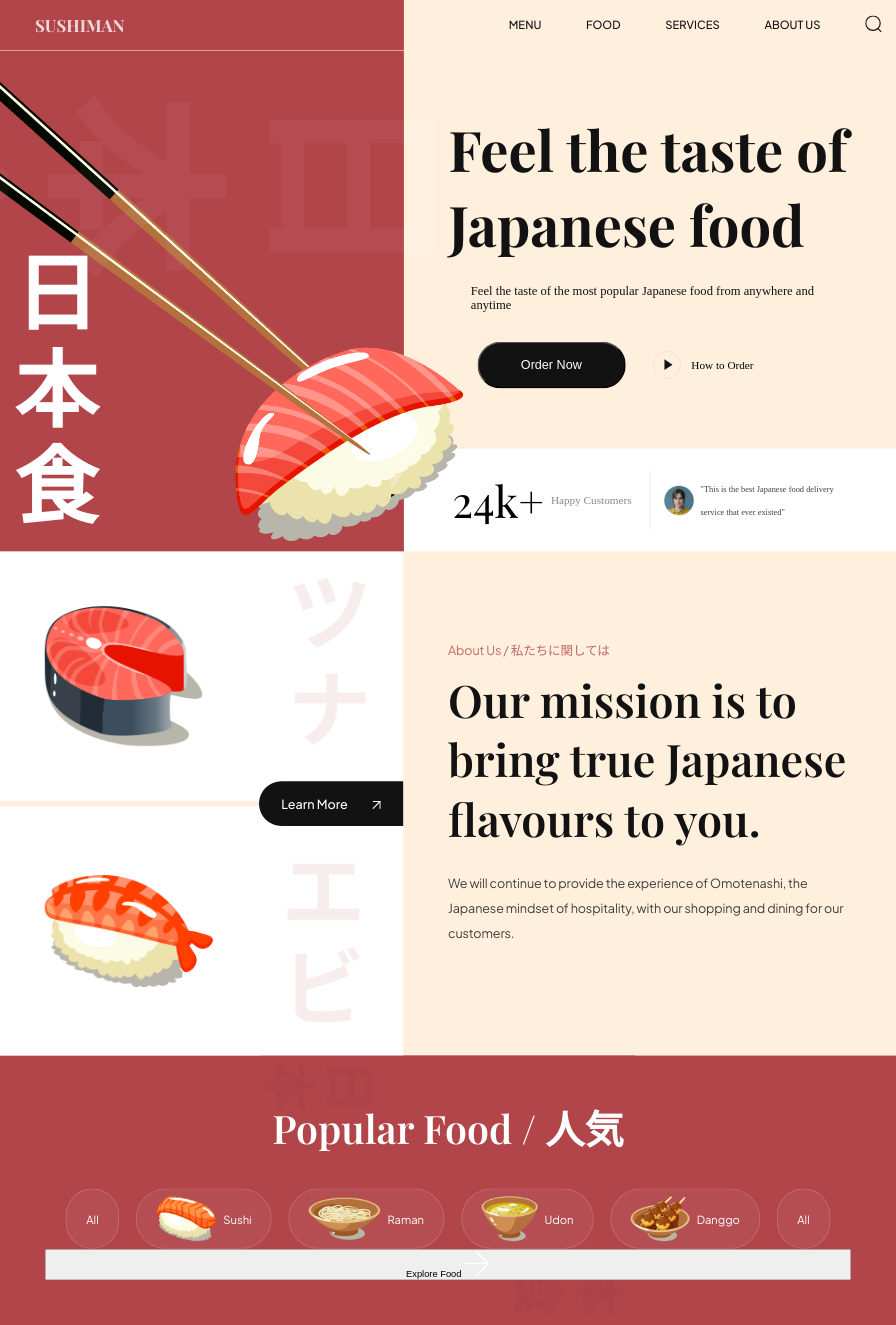
Repository: echoyol/sushiWebsite
Page: index.html
The author's editor kept a copy of each file at every save. The page is drawn from the files as they stood at one save, then again after the next save.
The browser window is 1280 px wide. The pictures show the whole page, at 70% of full size.

Above is the page before, as saved 2023-06-04 20:01:12.

After the next save:
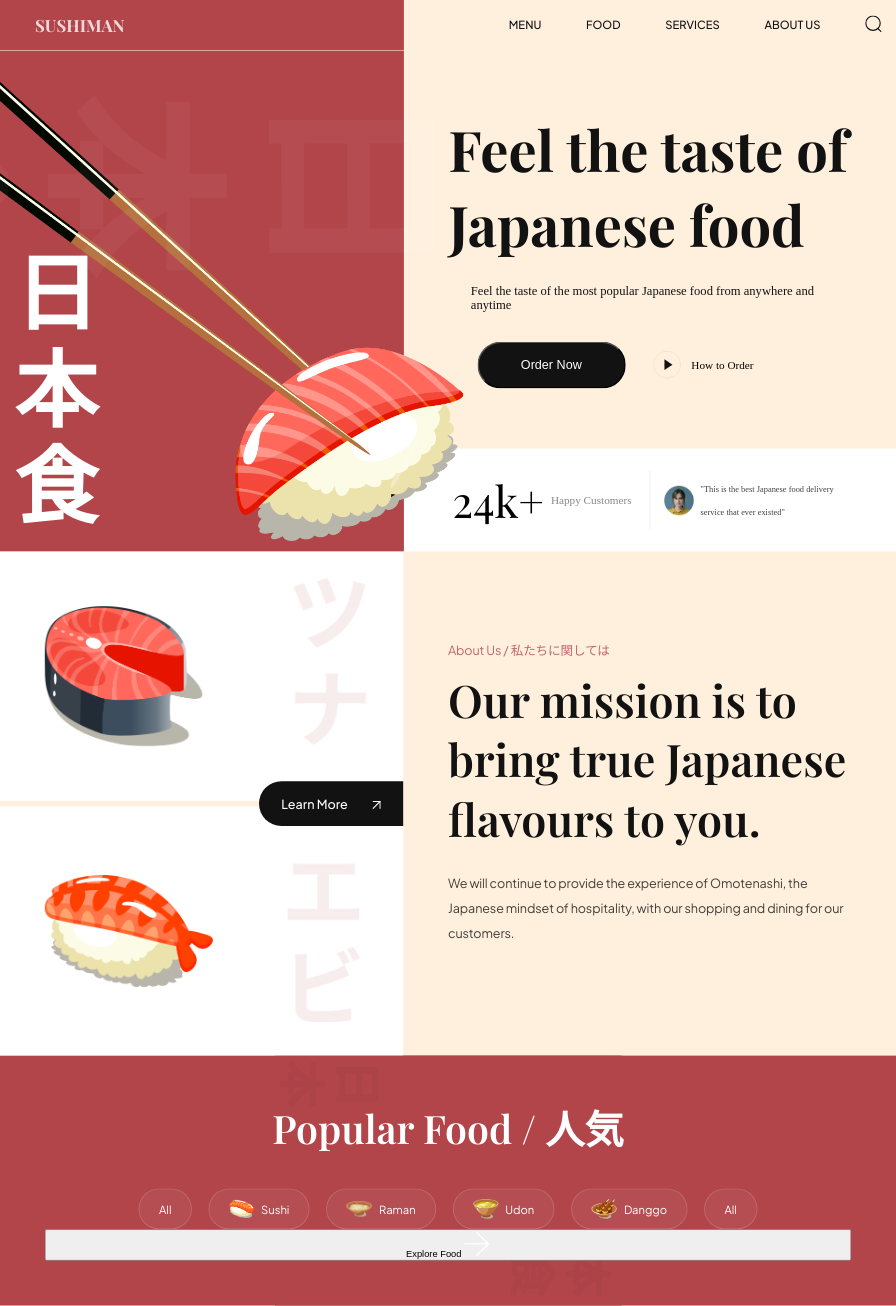
Saved 105 s later.
--- a/css/sections/popular.css
+++ b/css/sections/popular.css
@@ -51,3 +51,12 @@
   color: #fff;
   cursor: pointer;
 }
+
+.popular-foods__filter-btn img {
+  width: 36px;
+  height: 36px;
+  object-fit: contain;
+}
+
+.popular-foods__filter-btn.active {
+}
